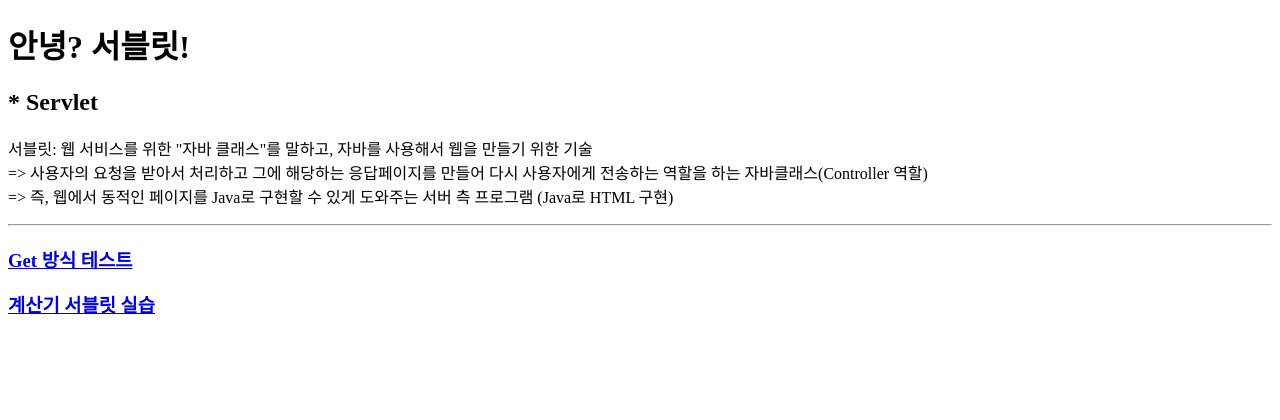
Repository: smjae96/Backup
Page: 5_Servlet/1_Servlet/src/main/webapp/index.html
These files come from the project's save history. The page is drawn as it stood at one moment and after the next save; the edit follows.
The browser window is 1280 px wide. The pictures show the whole page.

Above is the page before, as saved 2024-03-06 02:38:06.

After the next save:
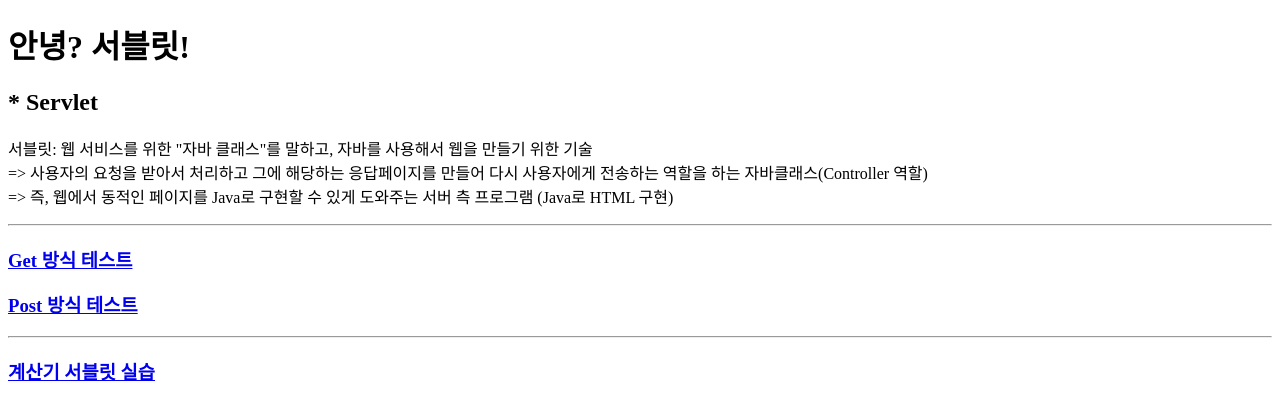
Saved 75 s later.
--- a/5_Servlet/1_Servlet/src/main/webapp/index.html
+++ b/5_Servlet/1_Servlet/src/main/webapp/index.html
@@ -16,7 +16,11 @@
 	</p>
 	<hr>
 	<h3><a href="views/requestTest_Get.html">Get 방식 테스트</a></h3>
+	<h3><a href="views/requestTest_Post.html">Post 방식 테스트</a></h3>
 
+	<hr>
 	<h3><a href="views/calc_Servlet.html">계산기 서블릿 실습</a></h3>
+
+
 </body>
 </html>
